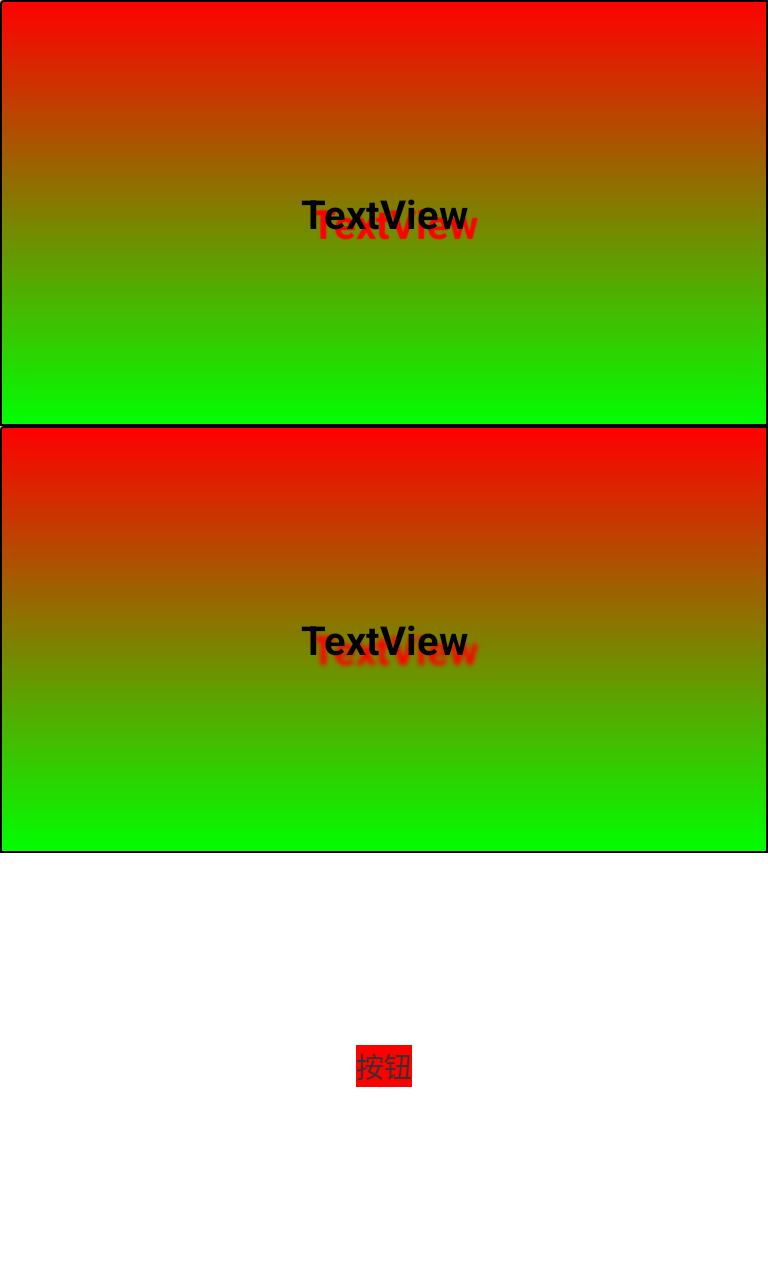
Repository: yhtaphp/yhtqgit
Layout: android/TextView/res/layout/activity_main.xml
An editor plug-in stored every save of this project. The layout is shown before and after a run of saves, followed by the edit.
It is drawn on a 768 x 1280 px phone screen (xhdpi) without system bars, with theme AppTheme; the app's code is not run.

Above is the layout before, as saved 2016-09-11 13:46:17.

### android/TextView/res/layout/activity_main.xml
<LinearLayout xmlns:android="http://schemas.android.com/apk/res/android"
    xmlns:tools="http://schemas.android.com/tools"
    android:layout_width="match_parent"
    android:layout_height="match_parent"
    tools:context="${relativePackage}.${activityClass}"
    android:background="#ffdd33"
    android:orientation="vertical"
     >

    <TextView
        android:id="@+id/text1"
        android:layout_width="match_parent"
        android:layout_height="0dp"
        android:layout_weight="1"
        android:gravity="center"
        android:background="@drawable/teststyle"
        android:textColor="#000"
        android:shadowDx="10"
        android:shadowDy="10"
        android:shadowColor="#f00"
        android:shadowRadius="0.1"
        android:textStyle="bold"
        android:textSize="20sp"
        android:text="TextView" />
        <TextView
        android:layout_width="match_parent"
        android:layout_height="0dp"
        android:layout_weight="1"
        android:gravity="center"
        android:background="@drawable/teststyle"
        android:textColor="#000"
        android:shadowDx="10"
        android:shadowDy="10"
        android:shadowColor="#f00"
        android:shadowRadius="3.0"
        android:textStyle="bold"
        android:textSize="20sp"
        android:text="TextView" />
   <LinearLayout
       android:gravity="center"
       android:layout_weight="1"
       android:layout_width="match_parent"
       android:layout_height="0dp"
       android:orientation="vertical"
       android:background="#fff"
       >
       <TextView
            android:layout_width="wrap_content"
            android:layout_height="wrap_content"
            android:layout_gravity="center_horizontal"
            android:background="#f00"
            android:text="按钮"/>
   </LinearLayout>
</LinearLayout>

### android/TextView/res/drawable-ldpi/teststyle.xml
<?xml version="1.0" encoding="utf-8"?>
<shape xmlns:android="http://schemas.android.com/apk/res/android" >
    <!-- 设置一个边框 -->
    <stroke android:width="2px" android:color="#000"/>

    <gradient
        android:angle="270"
        android:startColor="#f00"
        android:endColor="#0f0"/>

    <!-- 设置内边距 -->
    <padding
        android:left="5px"
        android:right="5px"
        android:top="5px"
        android:bottom="5px"
        />
    <corners android:topLeftRadius="3px"/>

</shape>

Loaded but not shown: android/TextView/res/values/styles.xml (common file); android/TextView/res/values-v11/styles.xml (common file); android/TextView/res/values-v14/styles.xml (common file)

After the next 3 saves:
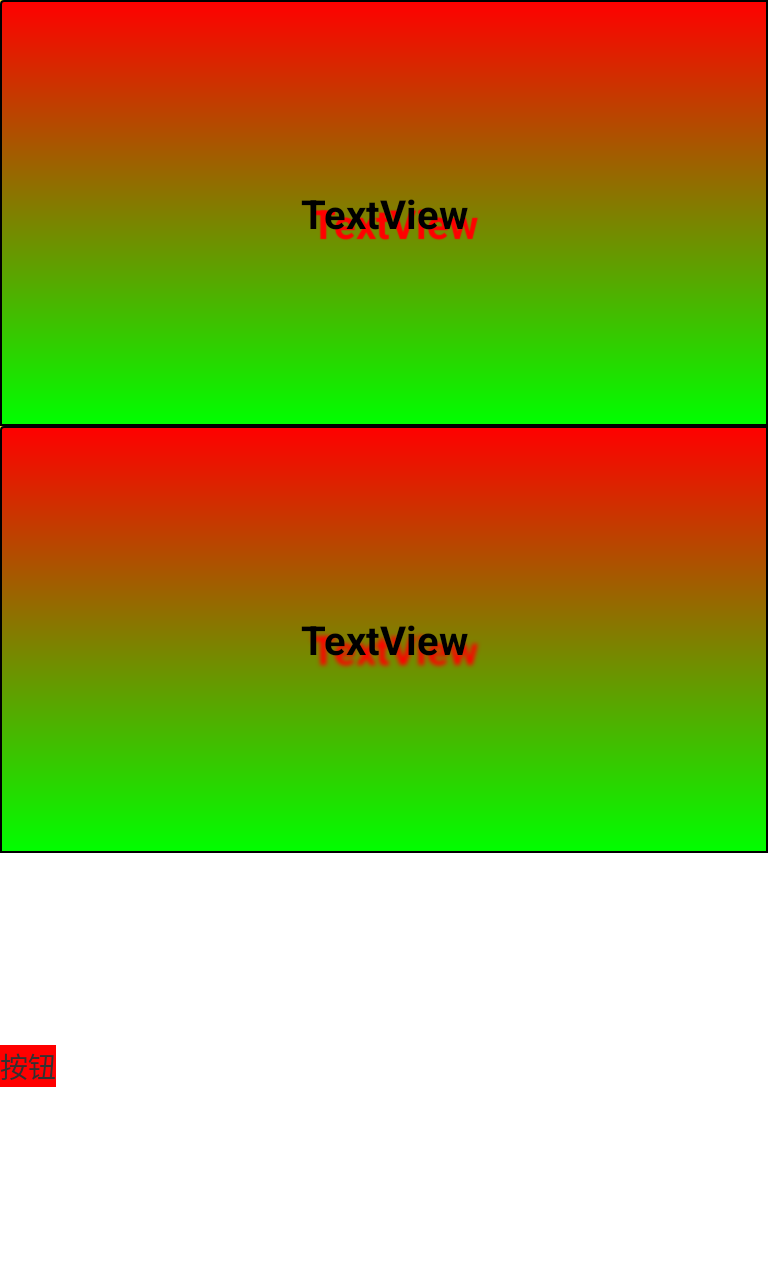
The 3 saves are shown as one change because 1 did not build or start and some came seconds apart.
The last was saved 21 s later.
--- a/android/TextView/res/layout/activity_main.xml
+++ b/android/TextView/res/layout/activity_main.xml
@@ -47,7 +47,7 @@
        <TextView
             android:layout_width="wrap_content"
             android:layout_height="wrap_content"
-            android:layout_gravity="center_horizontal"
+            android:layout_gravity="bottom"
             android:background="#f00"
             android:text="按钮"/>
    </LinearLayout>

After the save that followed:
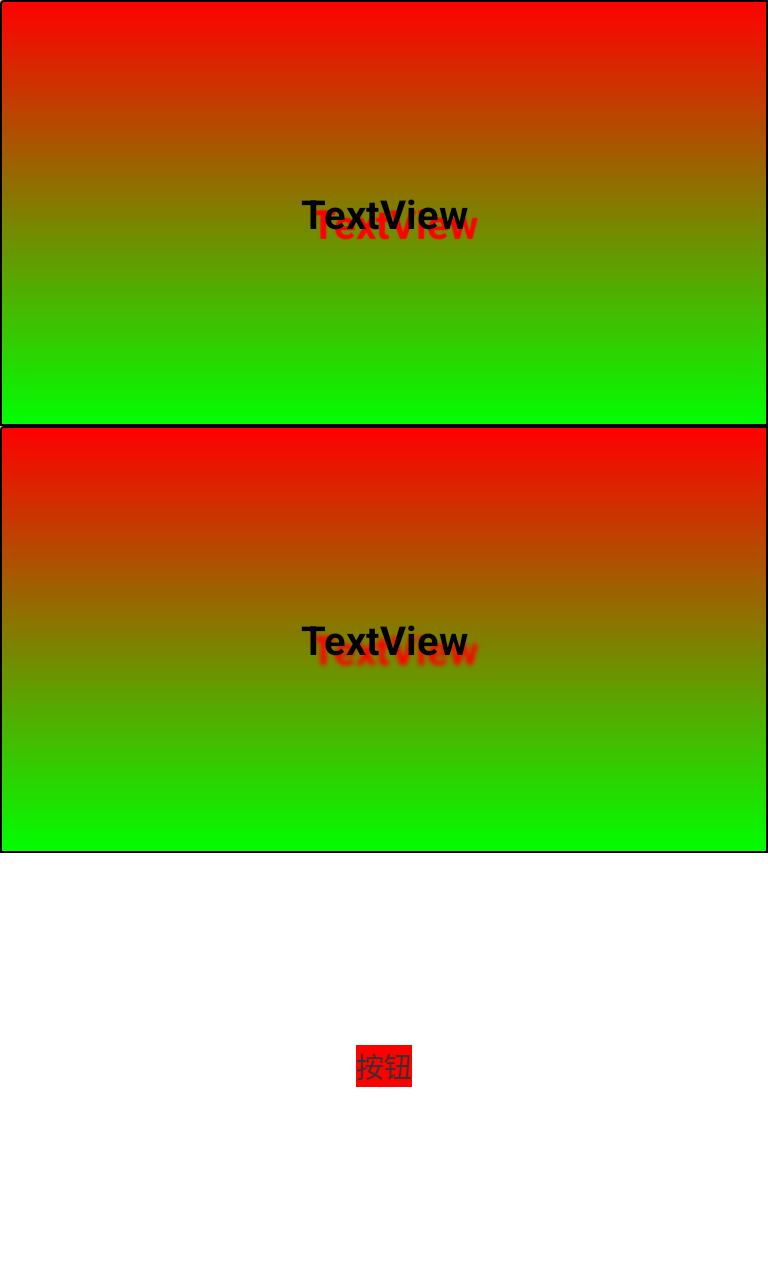
Saved 45 s later.
--- a/android/TextView/res/layout/activity_main.xml
+++ b/android/TextView/res/layout/activity_main.xml
@@ -47,7 +47,7 @@
        <TextView
             android:layout_width="wrap_content"
             android:layout_height="wrap_content"
-            android:layout_gravity="bottom"
+            android:layout_gravity="center|bottom"
             android:background="#f00"
             android:text="按钮"/>
    </LinearLayout>
